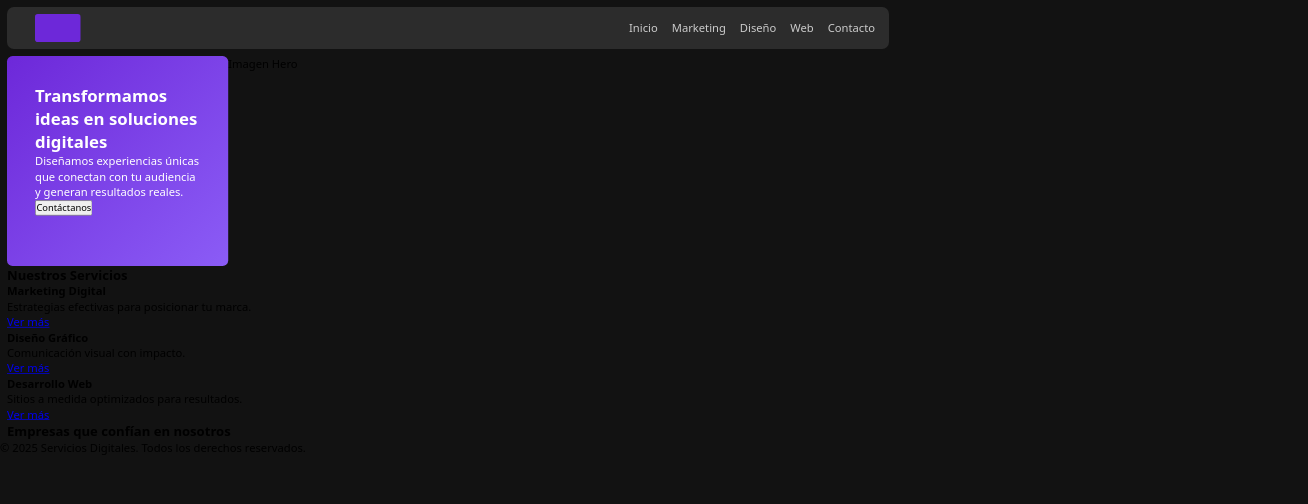
Repository: santinogarrone/TrabajoAgustin
Page: html/index.html
An editor plug-in stored every save of this project. The page is shown before and after the next save, followed by the edit.
The browser window is 1280 px wide. The page is 1280 px wide, then 1868 px, then 1280 px, so the pictures cover 1868 px, including what lies to the right of the window. The pictures show the part of the page from y = 0 to 1320 px (the page is 720 px tall before and 2150 px after), at 70% of full size.

Above is the page before, as saved 2025-05-02 12:12:25.

After the next save:
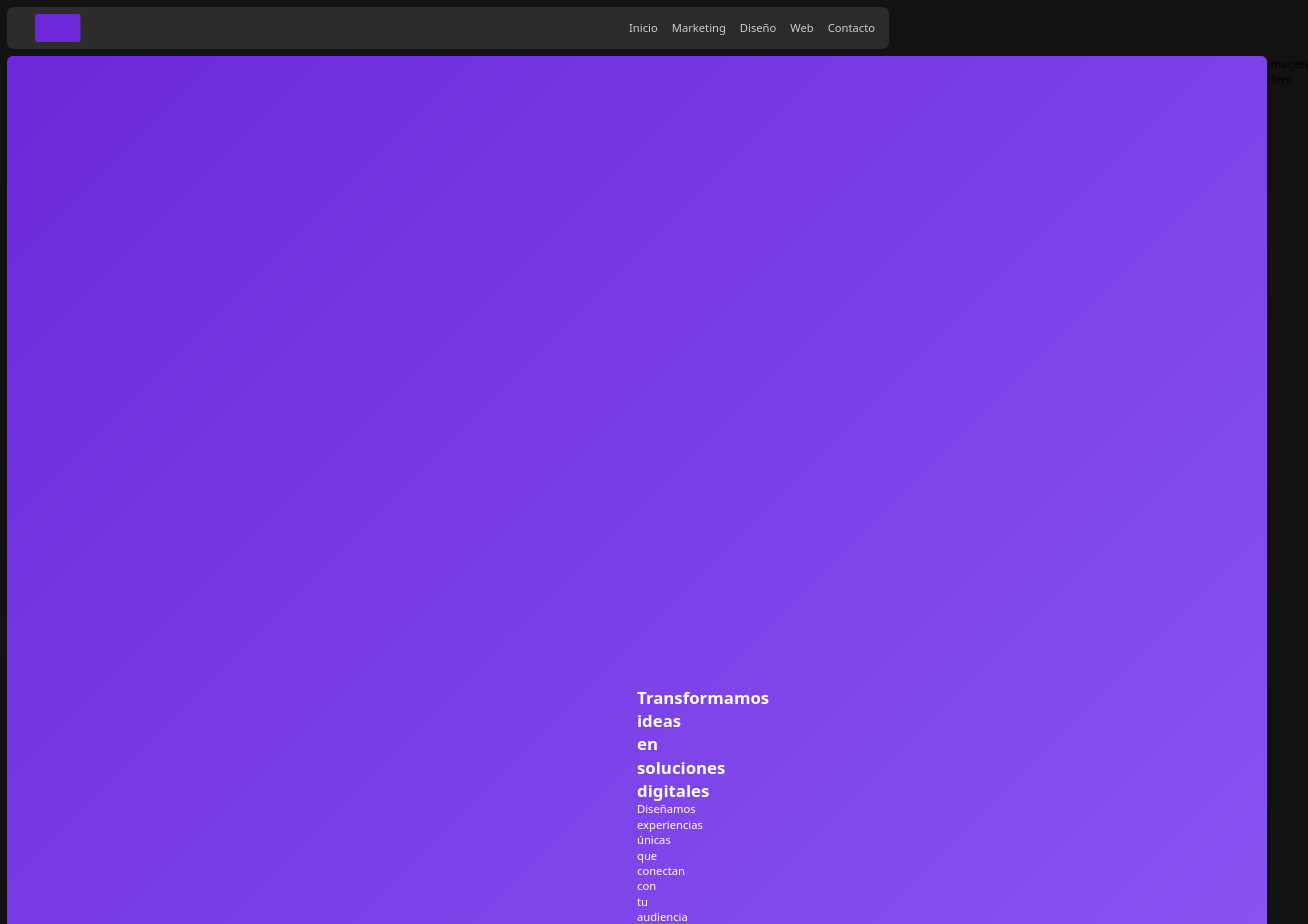
Saved 11 s later.
--- a/css/style.css
+++ b/css/style.css
@@ -70,7 +70,7 @@ header{
     background: var(--primary-color-gradient);
     border-radius: 8px;
     color: var(--texto-color);
-    padding: 40px;
+    padding: 900px;
     max-width: 750px;
     height: 300px;
     flex-direction: column;

After the save that followed:
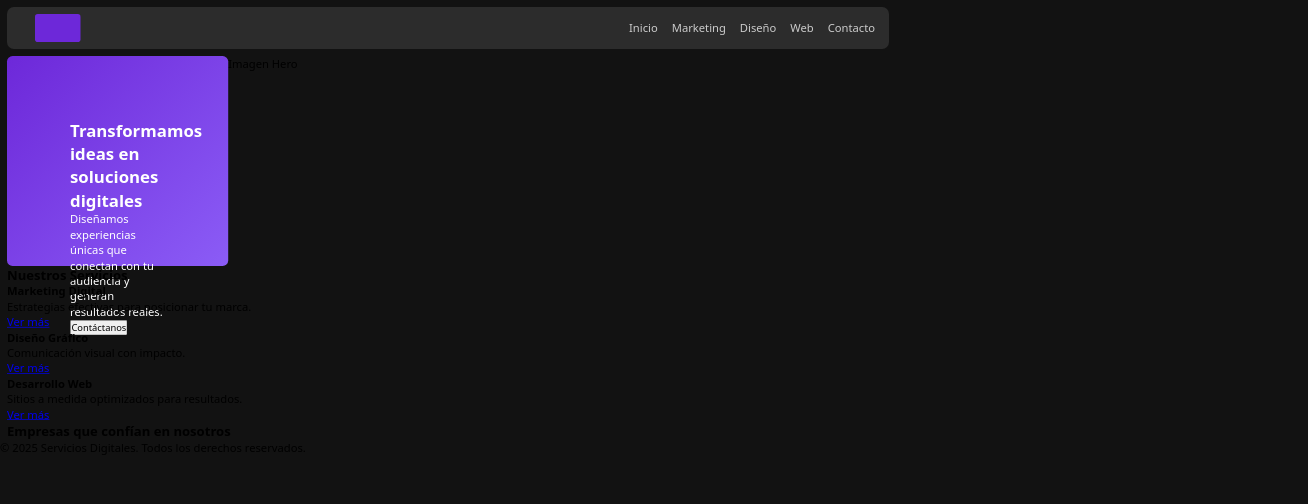
Saved 6 s later.
--- a/css/style.css
+++ b/css/style.css
@@ -70,7 +70,7 @@ header{
     background: var(--primary-color-gradient);
     border-radius: 8px;
     color: var(--texto-color);
-    padding: 900px;
+    padding: 90px;
     max-width: 750px;
     height: 300px;
     flex-direction: column;
